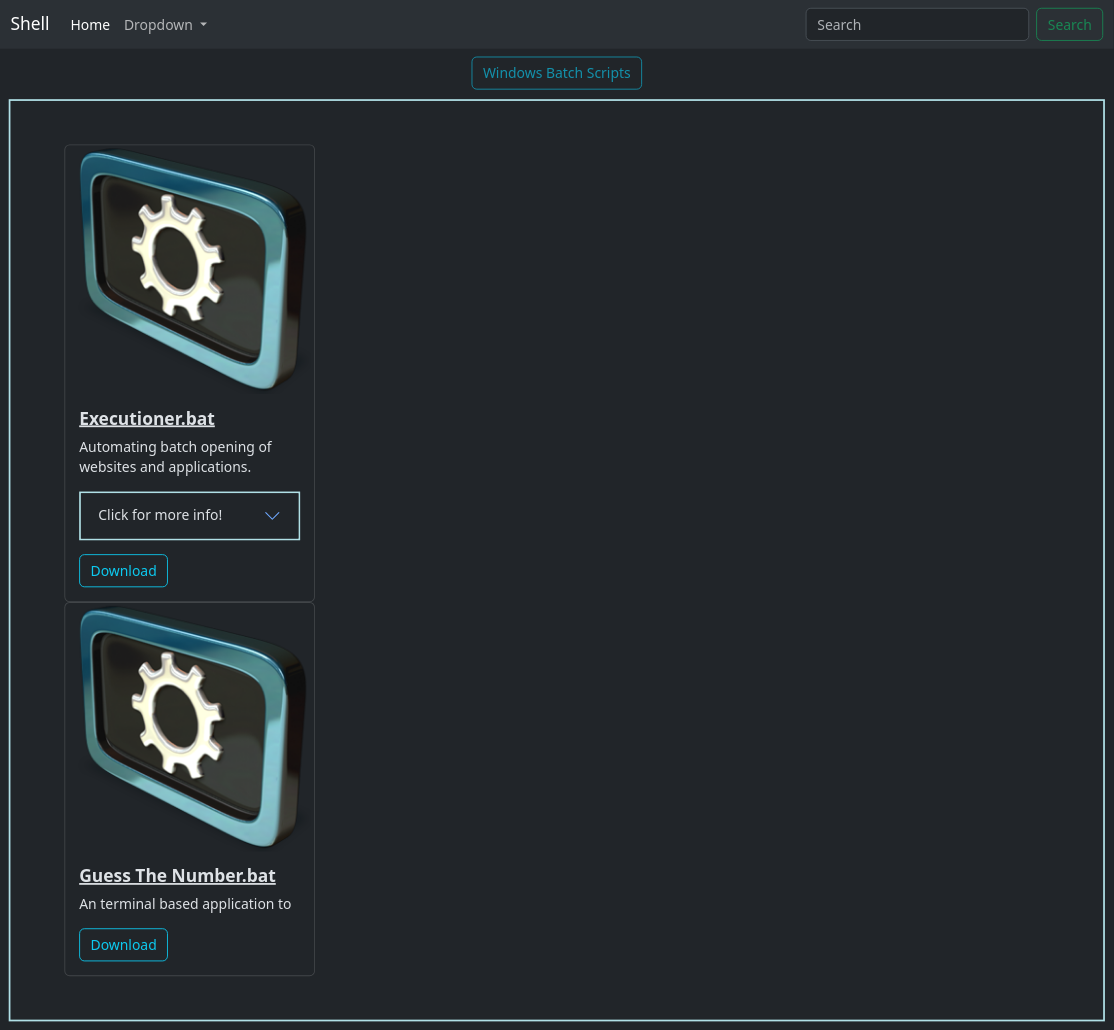
Repository: VictoriousMango/Archive
Page: index.html
The author's editor kept a copy of each file at every save. The page is drawn from the files as they stood at one save, then again after the next save.
The browser window is 1280 px wide. The pictures show the whole page, at 87% of full size.

Above is the page before, as saved 2024-10-05 19:52:13.

After the next save:
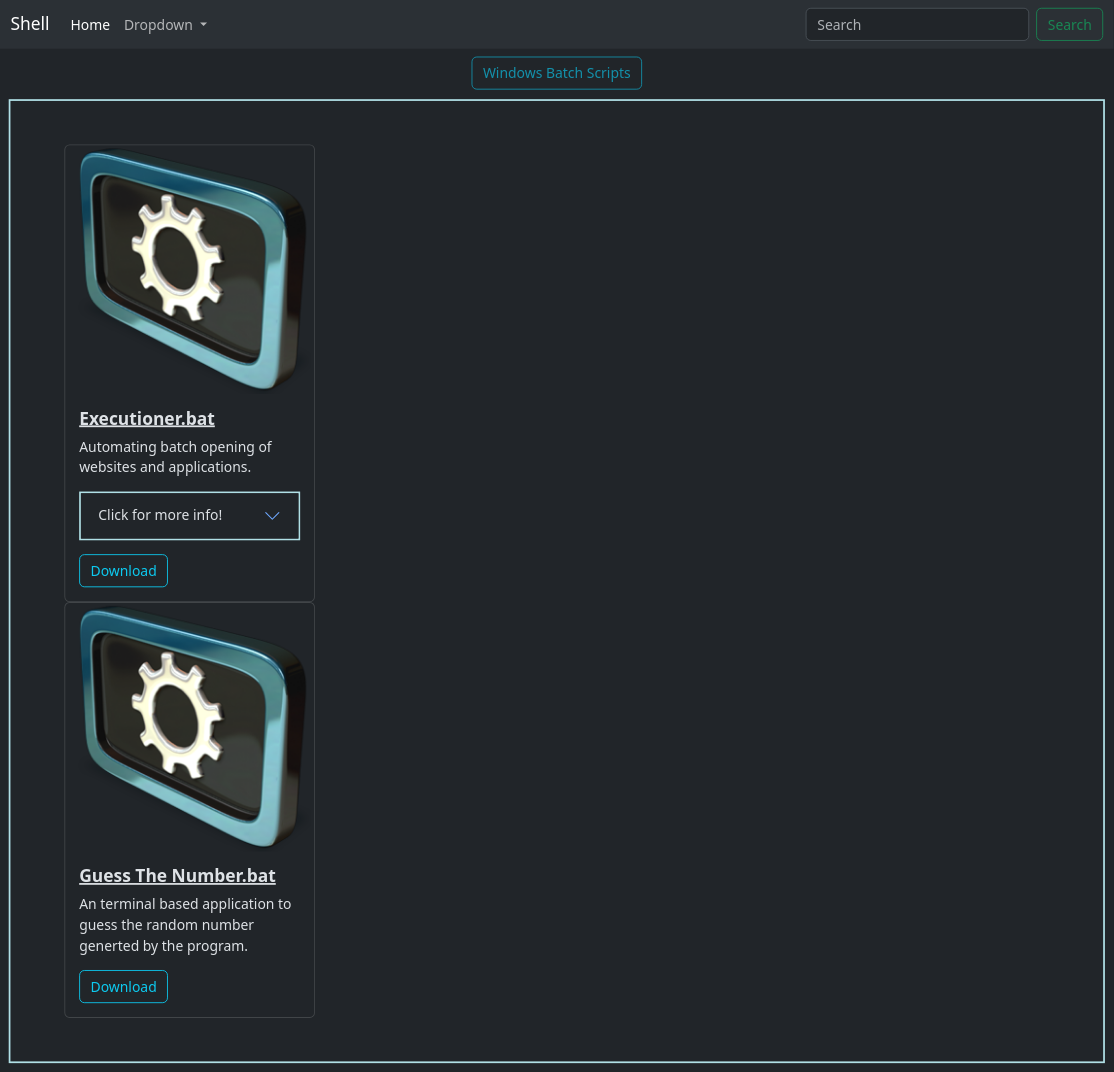
Saved 9 s later.
--- a/index.html
+++ b/index.html
@@ -77,7 +77,7 @@
                     <div class="card-body">
                         <h5 class="card-title"><b><u>Guess The Number.bat</u></b></h5>
                         <p class="card-text">
-                            An terminal based application to
+                            An terminal based application to guess the random number generted by the program.
                         </p>
                         <a href="Projects\Windows-Batch-file\Guess The Number.bat" class="btn btn-outline-info" download>Download</a>
                     </div>
